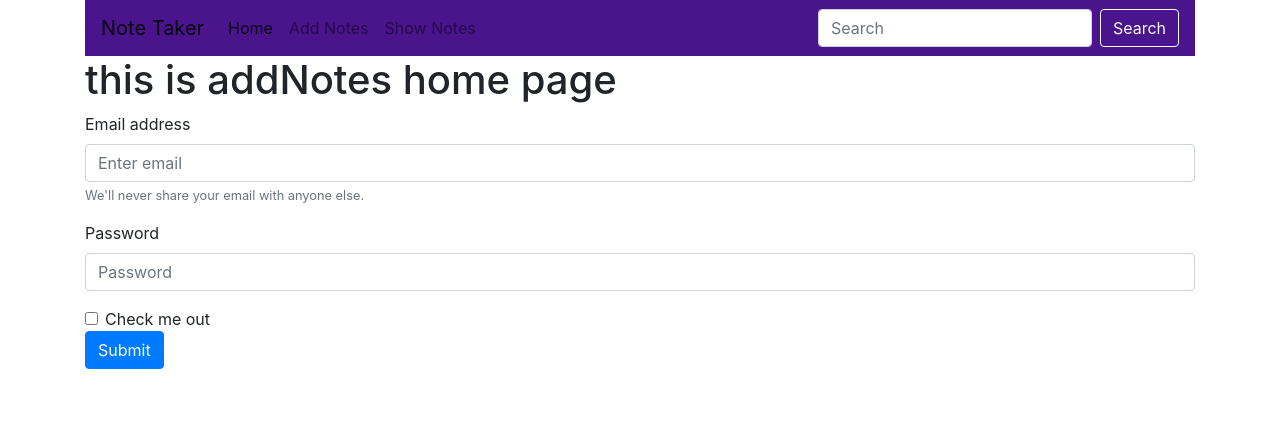
Repository: nayanchy123456/TODO-Project
Page: http://localhost/NoteTaker/add_notes.jsp
These files come from the project's save history. The page is drawn as it stood at one moment and after the next save; the edit follows.
The browser window is 1280 px wide. The pictures show the whole page.
Some web libraries are served in a nearby version. The page is served by Tomcat 10. Other server files are loaded and not shown.

Above is the page before, as saved 2024-09-03 10:50:55.

### TODO webApplication/NoteTaker/src/main/webapp/add_notes.jsp
<!doctype html>
<html lang="en">
  <head>
    <!-- Required meta tags -->
    <meta charset="utf-8">
    <meta name="viewport" content="width=device-width, initial-scale=1, shrink-to-fit=no">


    <title>Add Notes</title>
    <%@include file = "all_js_css.jsp" %>
  </head>
  <body>
   <div class = "container">
    	<%@include file = "navbar.jsp" %>


    	<h1>this is addNotes home page</h1>

    	<!-- this is add form  -->
    	<form>
  <div class="form-group">
    <label for="exampleInputEmail1">Email address</label>
    <input type="email" class="form-control" id="exampleInputEmail1" aria-describedby="emailHelp" placeholder="Enter email">
    <small id="emailHelp" class="form-text text-muted">We'll never share your email with anyone else.</small>
  </div>
  <div class="form-group">
    <label for="exampleInputPassword1">Password</label>
    <input type="password" class="form-control" id="exampleInputPassword1" placeholder="Password">
  </div>
  <div class="form-check">
    <input type="checkbox" class="form-check-input" id="exampleCheck1">
    <label class="form-check-label" for="exampleCheck1">Check me out</label>
  </div>
  <button type="submit" class="btn btn-primary">Submit</button>
</form>

    </div>







  </body>
</html>

### TODO webApplication/NoteTaker/src/main/webapp/all_js_css.jsp
<!-- Bootstrap CSS -->
    <link rel="stylesheet" href="https://cdn.jsdelivr.net/npm/bootstrap@4.0.0/dist/css/bootstrap.min.css" integrity="sha384-Gn5384xqQ1aoWXA+058RXPxPg6fy4IWvTNh0E263XmFcJlSAwiGgFAW/dAiS6JXm" crossorigin="anonymous">

	<link href="css/style.css" rel="stylesheet">



    <!-- Optional JavaScript -->
    <!-- jQuery first, then Popper.js, then Bootstrap JS -->
    <script src="https://code.jquery.com/jquery-3.2.1.slim.min.js" integrity="sha384-KJ3o2DKtIkvYIK3UENzmM7KCkRr/rE9/Qpg6aAZGJwFDMVNA/GpGFF93hXpG5KkN" crossorigin="anonymous"></script>
    <script src="https://cdn.jsdelivr.net/npm/popper.js@1.12.9/dist/umd/popper.min.js" integrity="sha384-ApNbgh9B+Y1QKtv3Rn7W3mgPxhU9K/ScQsAP7hUibX39j7fakFPskvXusvfa0b4Q" crossorigin="anonymous"></script>
    <script src="https://cdn.jsdelivr.net/npm/bootstrap@4.0.0/dist/js/bootstrap.min.js" integrity="sha384-JZR6Spejh4U02d8jOt6vLEHfe/JQGiRRSQQxSfFWpi1MquVdAyjUar5+76PVCmYl" crossorigin="anonymous"></script>

### TODO webApplication/NoteTaker/src/main/webapp/navbar.jsp
<nav class="navbar navbar-expand-lg navbar-light purple">
  <a class="navbar-brand" href="index.jsp">Note Taker</a>
  <button class="navbar-toggler" type="button" data-toggle="collapse" data-target="#navbarSupportedContent" aria-controls="navbarSupportedContent" aria-expanded="false" aria-label="Toggle navigation">
    <span class="navbar-toggler-icon"></span>
  </button>

  <div class="collapse navbar-collapse" id="navbarSupportedContent">
    <ul class="navbar-nav mr-auto">
      <li class="nav-item active">
        <a class="nav-link" href="index.jsp">Home <span class="sr-only">(current)</span></a>
      </li>
      <li class="nav-item">
        <a class="nav-link" href="add_notes.jsp">Add Notes</a>
      </li>

      <li class="nav-item">
        <a class="nav-link " href="#">Show Notes</a>
      </li>
    </ul>
    <form class="form-inline my-2 my-lg-0">
      <input class="form-control mr-sm-2" type="search" placeholder="Search" aria-label="Search">
      <button class="btn btn-outline-light my-2 my-sm-0" type="submit">Search</button>
    </form>
  </div>
</nav>

### TODO webApplication/NoteTaker/src/main/webapp/css/style.css
.purple{

	background: #4A148C;
}

After the next save:
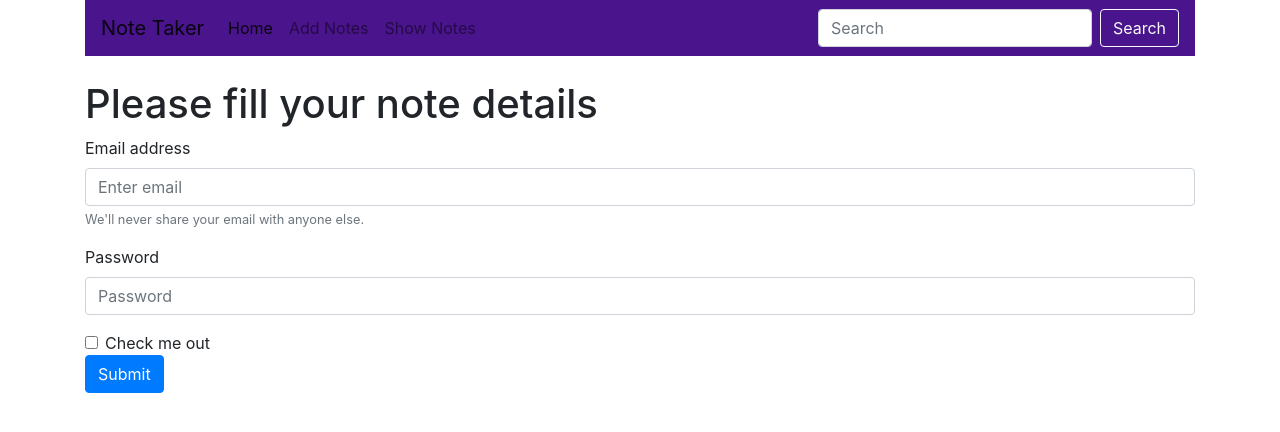
Saved 51 s later.
--- a/TODO webApplication/NoteTaker/src/main/webapp/add_notes.jsp
+++ b/TODO webApplication/NoteTaker/src/main/webapp/add_notes.jsp
@@ -13,8 +13,8 @@
    <div class = "container">
     	<%@include file = "navbar.jsp" %>
 
-
-    	<h1>this is addNotes home page</h1>
+    	<br>
+    	<h1>Please fill your note details</h1>
 
     	<!-- this is add form  -->
     	<form>
